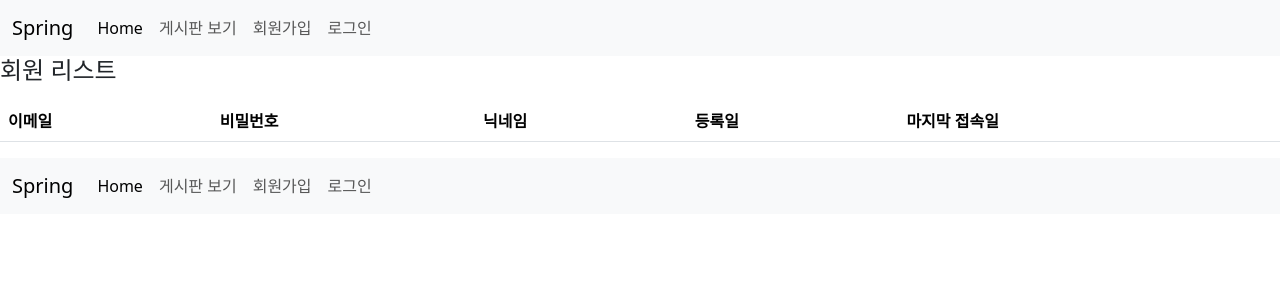
Repository: xoqls97/SpringProject
Page: http://localhost/spring_test2/WEB-INF/views/member/list.jsp
These files come from the project's save history. The page is drawn as it stood at one moment and after the next save; the edit follows.
The browser window is 1280 px wide. The pictures show the whole page.
The page is served by Tomcat 9. Nobody is signed in. The template is opened directly, without the code that normally fills it, so the values that code supplies are empty.

Above is the page before, as saved 2024-01-16 04:32:57.
Console error: TypeError: Cannot read properties of null (reading 'addEventListener')

After the next save:
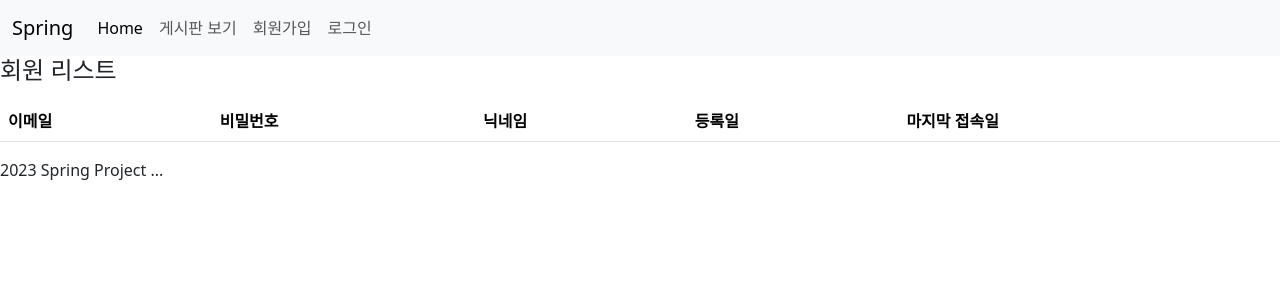
Saved 61 s later.
--- a/spring_test2/src/main/webapp/WEB-INF/views/member/list.jsp
+++ b/spring_test2/src/main/webapp/WEB-INF/views/member/list.jsp
@@ -48,4 +48,4 @@
 
 
 
-<jsp:include page="../layout/header.jsp"></jsp:include>
+<jsp:include page="../layout/footer.jsp"></jsp:include>
